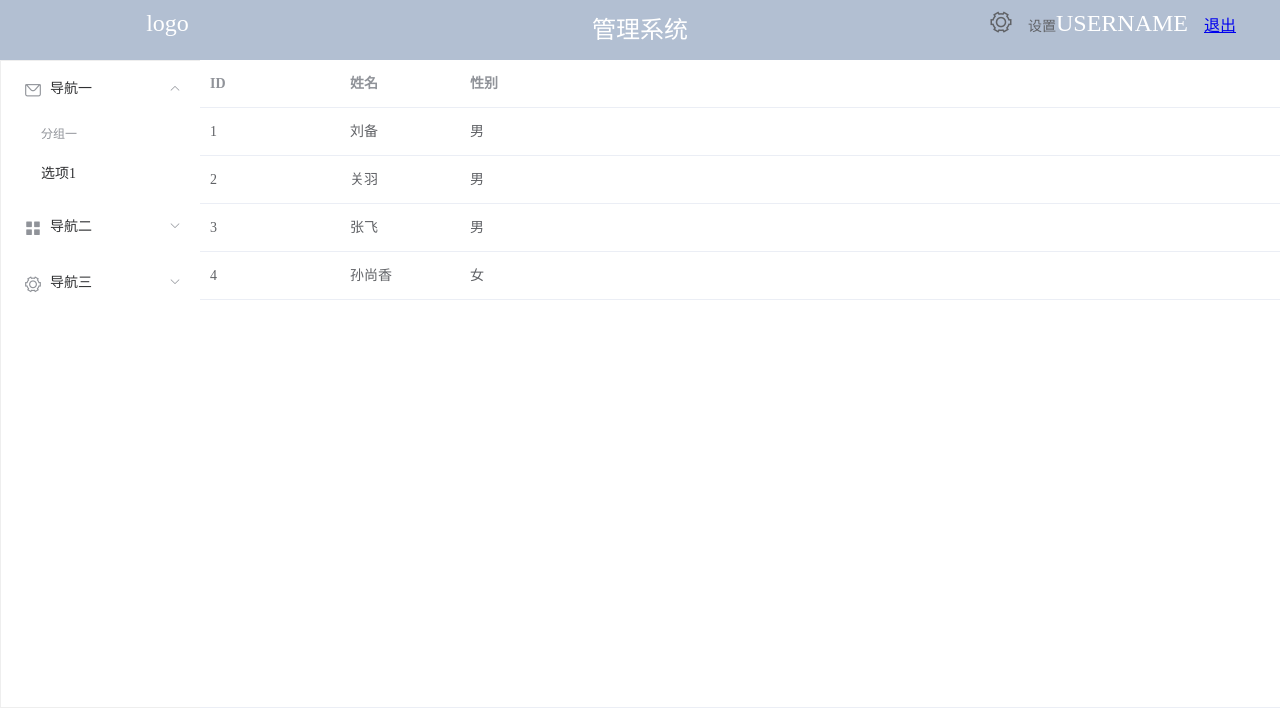
Repository: euphor1azzy/testlist
Page: / (app in list/)
An editor plug-in stored every save of this project. The page is shown before and after the next save, followed by the edit.
The browser window is 1280 px wide. The pictures show the whole page.
The project was rebuilt for these pictures with package versions that can differ from the ones it lists, and the page was loaded fresh each time. Requests to the local data server were answered from the project's data file. Also part of the build but not shown: list/src/views/login/login.vue.

Above is the page before, as saved 2020-08-24 10:07:59.

### list/src/main.js
// 引入组件
import Vue from 'vue'
import ElementUI from 'element-ui';
import App from './App.vue'
import router from './router'
import MyHttpServer from './plugins/http'
Vue.use(router);


// 引入css文件
import './assets/css/reset.css'
import 'element-ui/lib/theme-chalk/index.css';


//使用插件
Vue.use(ElementUI)
Vue.use(MyHttpServer)
Vue.config.productionTip = false


new Vue({
    el: '#app',
    router,
    render: h => h(App)
}).$mount('#app')

### list/src/App.vue
<template>
  <div id="app" >

    <router-view></router-view>
  </div>
</template>

<script>

</script>

<style>
#app{

  height:100vh
}
</style>

### list/src/router/index.js
import Vue from 'vue'
import Router from 'vue-router'
import Home from '../views/home.vue'
import Login from '../views/login/login.vue'



Vue.use(Router);



export default new Router({
    routes: [{
            path: '/',
            name: 'home',
            component: Home

        },
        {
            name: 'Login',
            path: '/login',
            component: Login
        }
    ]
});

### list/src/plugins/http.js
//将axios改为插件
import axios from 'axios'
const MyHttpServer = {}


MyHttpServer.install = (Vue) => {
    axios.defaults.baseURL = 'http://localhost:8888/api/private/v1/'

    // 添加实例方法
    Vue.prototype.$http = axios

}

export default MyHttpServer

### list/src/assets/css/reset.css
/*! minireset.css v0.0.2 | MIT License | github.com/jgthms/minireset.css */

html,
body,
p,
ol,
ul,
li,
dl,
dt,
dd,
blockquote,
figure,
fieldset,
legend,
textarea,
pre,
iframe,
hr,
h1,
h2,
h3,
h4,
h5,
h6 {
    /* height: 100%; */
    margin: 0;
    padding: 0;
}

h1,
h2,
h3,
h4,
h5,
h6 {
    font-size: 100%;
    font-weight: normal;
}

ul {
    list-style: none;
}

button,
input,
select,
textarea {
    margin: 0;
}

html {
    box-sizing: border-box;
}

* {
    box-sizing: inherit;
}

*:before,
*:after {
    box-sizing: inherit;
}

img,
embed,
object,
audio,
video {
    height: auto;
    max-width: 100%;
}

iframe {
    border: 0;
}

table {
    border-collapse: collapse;
    border-spacing: 0;
}

td,
th {
    padding: 0;
    text-align: left;
}

### list/src/views/home.vue
<template>
    <div>

    <v-appnav></v-appnav>
    <div class="con">

    <v-appslider></v-appslider>

    <!-- 内容 -->
   <v-list></v-list>
    <router-link></router-link>
  </div>
</div>
</template>

<script>
// 导入组件

import AppNav from "../components/common/appnav";
import AppSlider from "../components/common/appslider";
import List from "../components/list/list";

export default {
  name: "Home",
  // 注册组件
  components: {
    "v-appnav": AppNav,
    "v-appslider": AppSlider,
    "v-list": List,
  },
};
</script>

<style>
.con {
  height: 100%;
  display: flex;
  flex: auto;
  flex-flow: row wrap;
  justify-content: flex-start;
  background-color: #e9eef5;
}
</style>

### list/src/components/common/appnav.vue
<template>
  <el-header class="nav">
    <el-row>
      <el-col :span="6">
        <div class="grid-content bg-purple">logo</div>
      </el-col>
      <el-col :span="12">
        <div class="grid-content bg-purple-light">管理系统</div>
      </el-col>
      <el-col :span="6">
        <div class="grid-content bg-purple">
          <el-dropdown>
            <i class="el-icon-setting" style="margin-right: 15px"></i><span>设置</span>
            <el-dropdown-menu slot="dropdown">
              <el-dropdown-item>查看</el-dropdown-item>
              <el-dropdown-item>新增</el-dropdown-item>
              <el-dropdown-item>删除</el-dropdown-item>
            </el-dropdown-menu>
          </el-dropdown>
          <span>USERNAME</span>
          <router-link to="/login" style="padding-left:16px;font-size:16px">退出</router-link>
        </div>
      </el-col>
    </el-row>
  </el-header>
</template>

<script>
export default {
  name: "AppNav",
};
</script>

<style scoped>
.nav {
  padding: 10px;
  text-align: center;
  font-size: 24px;
  width: 100%;
  color: #fff;
  background-color: #b2bfd2;
}
.el-icon-setting::before {
  font-size: 24px;
}
</style>

### list/src/components/common/appslider.vue
<template>
   <div id="el-container">
        <el-menu  :default-openeds="['1']" :unique-opened="true">
          <el-submenu index="1">
            <template slot="title">
              <i class="el-icon-message"></i>导航一 </template>
            <el-menu-item-group>
              <template slot="title">分组一</template>
              <el-menu-item index="1-1">选项1</el-menu-item>

            </el-menu-item-group>

            </el-submenu>
          </el-submenu>
          <el-submenu index="2">
            <template slot="title">
              <i class="el-icon-menu"></i>导航二
            </template>
            <el-menu-item-group>
              <template slot="title">分组一</template>
              <el-menu-item index="2-1">选项1</el-menu-item>
              <el-menu-item index="2-2">选项2</el-menu-item>
            </el-menu-item-group>
            <el-menu-item-group title="分组2">
              <el-menu-item index="2-3">选项3</el-menu-item>
            </el-menu-item-group>
            <el-submenu index="2-4">
              <template slot="title">选项4</template>
              <el-menu-item index="2-4-1">选项4-1</el-menu-item>
            </el-submenu>
          </el-submenu>
          <el-submenu index="3">
            <template slot="title">
              <i class="el-icon-setting"></i>导航三
            </template>
            <el-menu-item-group>
              <template slot="title">分组一</template>
              <el-menu-item index="3-1">选项1</el-menu-item>
              <el-menu-item index="3-2">选项2</el-menu-item>
            </el-menu-item-group>
            <el-menu-item-group title="分组2">
              <el-menu-item index="3-3">选项3</el-menu-item>
            </el-menu-item-group>
            <el-submenu index="3-4">
              <template slot="title">选项4</template>
              <el-menu-item index="3-4-1">选项4-1</el-menu-item>
            </el-submenu>
          </el-submenu>
        </el-menu>
      </div>
</template>

<script>
export default {

}
</script>

<style>
#el-container{
height: 90vh;
 border: 1px solid #eee;
  width:200px;
      display: flex;
    flex-direction: row;
    flex: 0;
    flex-basis: auto;
    box-sizing: border-box;
    min-width: 0;
}
</style>

### list/src/components/list/list.vue


<template>
       <el-table :data="items">
            <el-table-column prop="id" label="ID" width="140"></el-table-column>
            <el-table-column prop="name" label="姓名" width="120"></el-table-column>
            <el-table-column prop="gender" label="性别"></el-table-column>
          </el-table>

</template>
<script>
import axios from 'axios'
export default {
created() {
    this.loadData();
  },
  methods: {
    loadData() {
      axios.get("http://localhost:3000/heroes").then((res) => {
        this.items = res.data;
      });
    },
  },
  name: "list",
  data() {
    return {
      items: [],
      name: "",
      gender: "",
    };
  },
}
</script>

<style>

</style>

### list/server/db.json
{
    "users": [{
            "id": 1,
            "name": "abc",
            "age": 18,
            "gender": "男"
        },
        {
            "id": 2,
            "name": "SDSA",
            "age": 18,
            "gender": "男"
        },
        {
            "id": 3,
            "name": "SDSD",
            "age": 18,
            "gender": "女"
        },
        {
            "id": 4,
            "name": "FSAFA",
            "age": 18,
            "gender": "男"
        }
    ],
    "heroes": [{
        "id": 1,
        "name": "刘备",
        "gender": "男"
    }, {
        "id": 2,
        "name": "关羽",
        "gender": "男"
    }, {
        "id": 3,
        "name": "张飞",
        "gender": "男"
    }, {
        "id": 4,
        "name": "孙尚香",
        "gender": "女"
    }]
}

Loaded but not shown: list/public/index.html (common file)

After the next save:
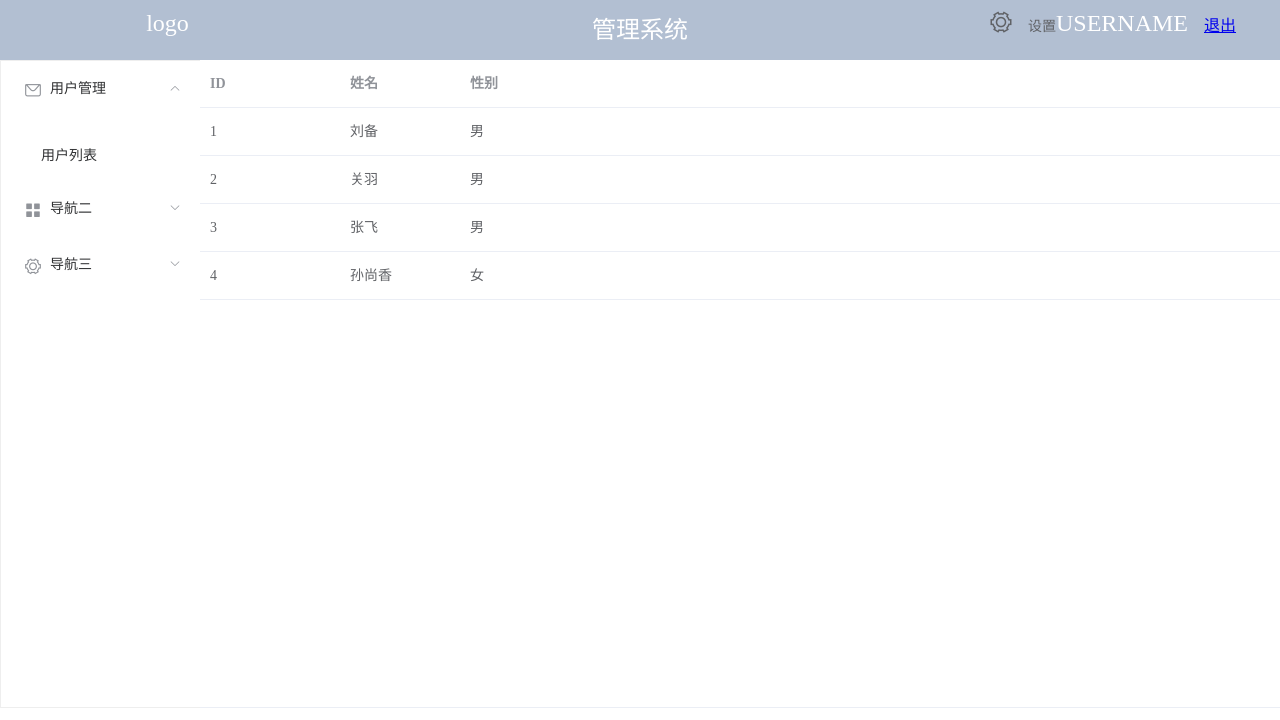
Saved 43 s later.
--- a/list/src/components/common/appslider.vue
+++ b/list/src/components/common/appslider.vue
@@ -3,10 +3,10 @@
         <el-menu  :default-openeds="['1']" :unique-opened="true">
           <el-submenu index="1">
             <template slot="title">
-              <i class="el-icon-message"></i>导航一 </template>
+              <i class="el-icon-message"></i>用户管理 </template>
             <el-menu-item-group>
-              <template slot="title">分组一</template>
-              <el-menu-item index="1-1">选项1</el-menu-item>
+
+              <el-menu-item index="1-1">用户列表</el-menu-item>
 
             </el-menu-item-group>
 
